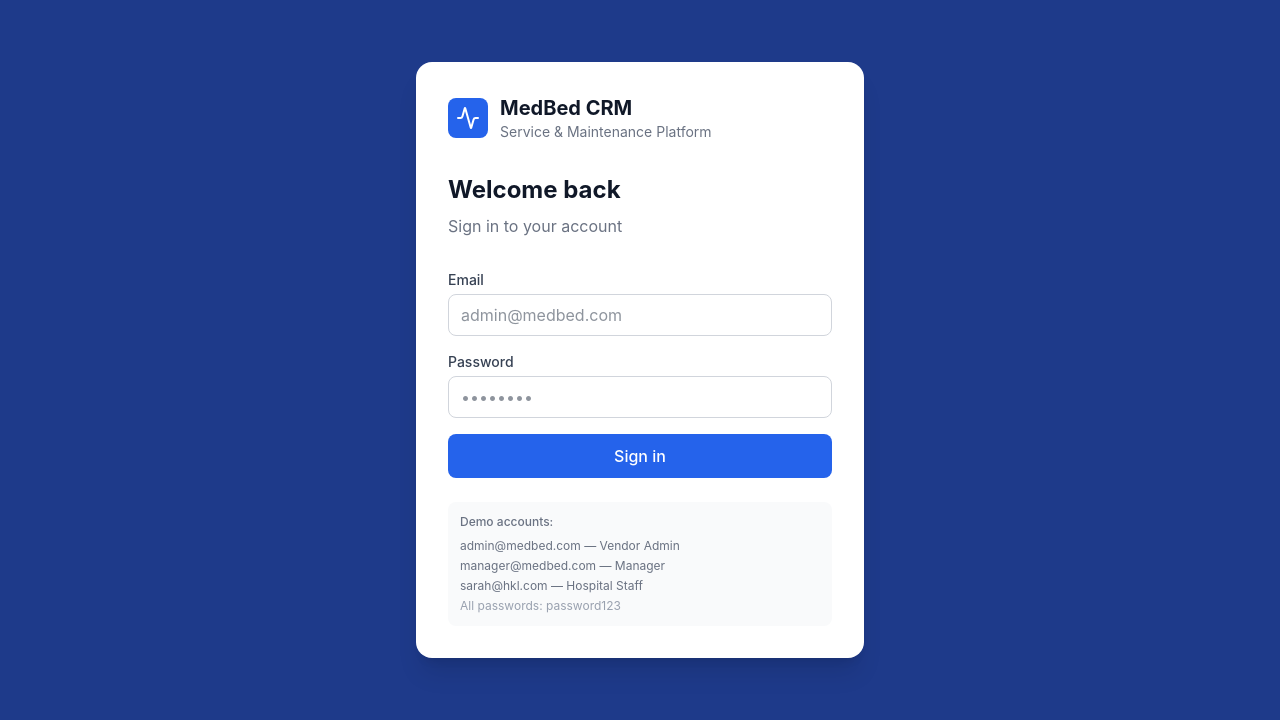
Repository: NikaJavani/medbed-crm-client
Page: /login
The author's editor kept a copy of each file at every save. The page is drawn from the files as they stood at one save, then again after a run of saves.
The browser window is 1280 px wide. The pictures show the whole page.
The page's requests for data from a server got no answer. The project was rebuilt for these pictures with package versions that can differ from the ones it lists, and the page was loaded fresh each time. No one was signed in, and anything a server would have sent is missing. Also part of the build but not shown: vite.config.ts, src/pages/DashboardPage.tsx, src/components/CreateTicketModal.tsx, src/pages/TicketsPage.tsx, src/pages/AssetsPage.tsx, src/components/Layout.tsx, src/pages/SignUpPage.tsx.

Above is the page before, as saved 2026-05-02 14:49:20.

After the next 2 saves:
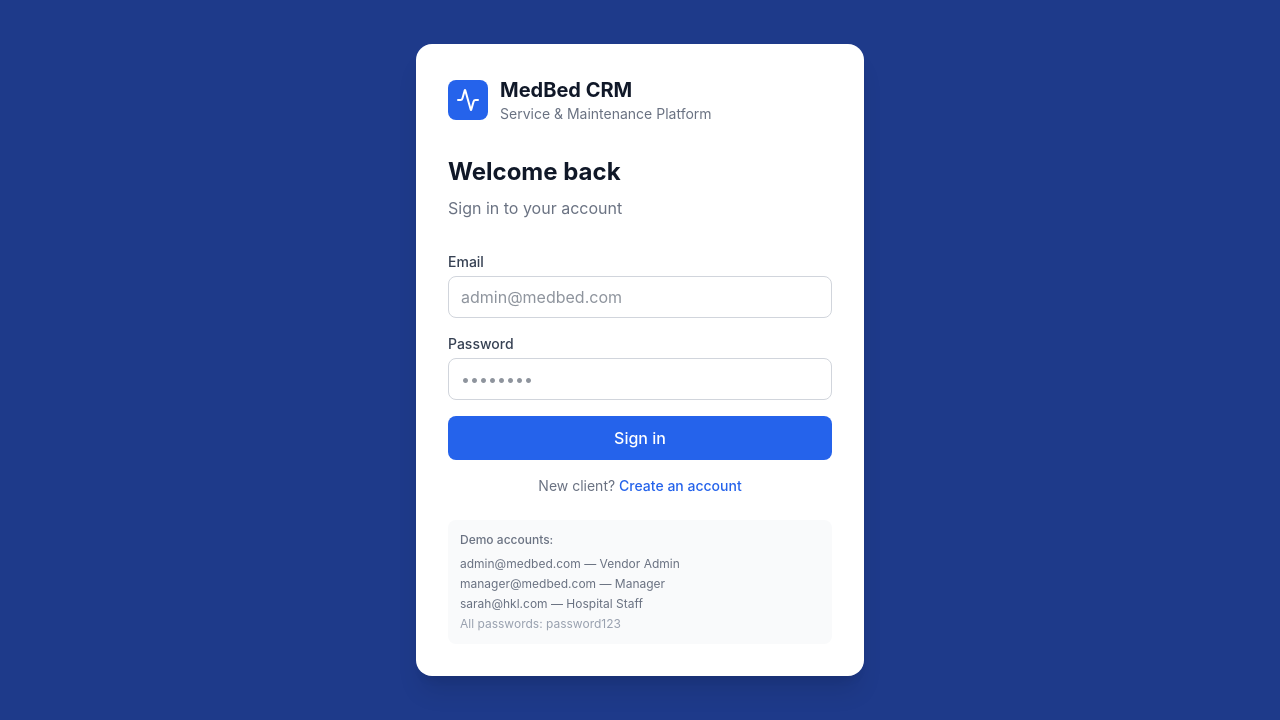
The 2 saves are shown as one change because they came seconds apart.
The last was saved 3 min 9 s later.
--- a/src/pages/LoginPage.tsx
+++ b/src/pages/LoginPage.tsx
@@ -88,6 +88,12 @@ export default function LoginPage() {
             {loading ? 'Signing in...' : 'Sign in'}
           </button>
         </form>
+        <p className="text-center text-sm text-gray-500 mt-4">
+          New client?{' '}
+          <a href="/signup" className="text-primary-600 font-medium hover:underline">
+            Create an account
+          </a>
+        </p>
 
         {/* Quick login hints */}
         <div className="mt-6 p-3 bg-gray-50 rounded-lg">
